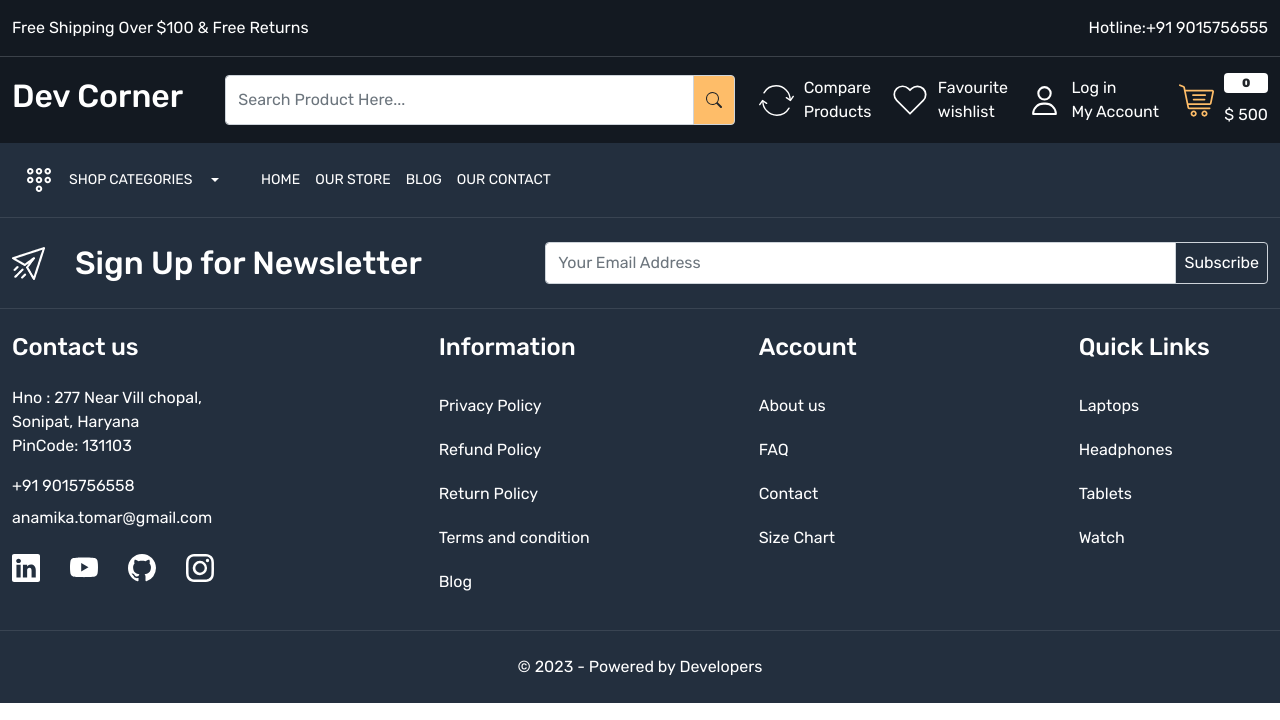
Repository: anamikatomar21/demo
Page: /about
These files come from the project's save history. The page is drawn as it stood at one moment and after the next save; the edit follows.
The browser window is 1280 px wide. The pictures show the whole page.
The project was rebuilt for these pictures with package versions that can differ from the ones it lists, and the page was loaded fresh each time. Also part of the build but not shown: src/components/BlogCard.js, src/components/ProductCard.js, src/pages/Home.js, src/pages/Contact.js.

Above is the page before, as saved 2023-05-16 15:29:29.

### public/index.html
<!DOCTYPE html>
<html lang="en">
  <head>
    <meta charset="utf-8" />
    <link rel="icon" href="%PUBLIC_URL%/favicon.ico" />
    <meta name="viewport" content="width=device-width, initial-scale=1" />
    <meta name="theme-color" content="#000000" />
    <meta
      name="description"
      content="Web site created using create-react-app"
    />
    <link rel="apple-touch-icon" href="%PUBLIC_URL%/logo192.png" />
    <link
      href="https://cdn.jsdelivr.net/npm/bootstrap@5.0.2/dist/css/bootstrap.min.css"
      rel="stylesheet"
      integrity="sha384-EVSTQN3/azprG1Anm3QDgpJLIm9Nao0Yz1ztcQTwFspd3yD65VohhpuuCOmLASjC"
      crossorigin="anonymous"
    />
    <link rel="manifest" href="%PUBLIC_URL%/manifest.json" />
    <link rel="preconnect" href="https://fonts.googleapis.com" />
    <link rel="preconnect" href="https://fonts.gstatic.com" crossorigin />
    <link
      href="https://fonts.googleapis.com/css2?family=Rubik:ital,wght@0,300;0,400;0,500;0,800;1,600&display=swap"
      rel="stylesheet"
    />
    <title>Ecommerce App</title>
  </head>
  <body>
    <noscript>You need to enable JavaScript to run this app.</noscript>
    <div id="root"></div>
    <script
      src="https://cdn.jsdelivr.net/npm/bootstrap@5.0.2/dist/js/bootstrap.bundle.min.js"
      integrity="sha384-MrcW6ZMFYlzcLA8Nl+NtUVF0sA7MsXsP1UyJoMp4YLEuNSfAP+JcXn/tWtIaxVXM"
      crossorigin="anonymous"
    ></script>
  </body>
</html>

### src/App.js
import React from "react";
import { BrowserRouter, Routes, Route } from "react-router-dom";
import "./App.css";
import Layout from "./components/Layout";
import Home from "./pages/Home";
import About from "./pages/About";
import Contact from "./pages/Contact";

function App() {
  return (
    <>
      <BrowserRouter>
        <Routes>
          <Route path="/" element={<Layout />}>
            <Route index element={<Home />} />
            <Route path="about" element={<About />} />
            <Route path="contact" element={<Contact />} />
          </Route>
        </Routes>
      </BrowserRouter>
    </>
  );
}

export default App;

### src/App.css
* {
  margin: 0;
  padding: 0;
  box-sizing: border-box;
}
:root {
  --color-131921: #131921;
  --color-3b4149: #3b4149;
  --color-febd69: #febd69;
  --color-232f3e: #232f3e;
  --color-bf4800: #bf4800;
  --color-f5f5f7: #f5f5f7;
  --color-ededed: #ededed;
  --color-777777: #777777;
  --color-1c1c1b: #1c1c1b;
}
.section-heading {
  font-size: 26px;
  line-height: 32px;
  font-weight: 500;
  margin-bottom: 30px;
}
.card-wrapper {
  background-color: white;
  box-shadow: 0 0 10px #0000001a;
  padding: 15px;
}
body {
  font-family: "Rubik", sans-serif;
}
a {
  text-decoration: none;
  display: inline-block;
}
.form-control:focus {
  box-shadow: none;
  border-color: inherit;
}

.gap-10 {
  gap: 10px;
}
.gap-15 {
  gap: 15px;
}
.gap-30 {
  gap: 30px;
}

.button {
  background-color: var(--color-232f3e);
  color: white;
  font-size: 14px;
  padding: 13px 33px;
  border-radius: 25px;
}
.button:hover {
  background-color: var(--color-febd69);
  color: #131921;
}
/* Header Part */

.header-top-strip {
  border-bottom: 1px solid var(--color-3b4149);
  background-color: var(--color-131921);
}
.header-upper {
  background-color: var(--color-131921);
}
.header-bottom {
  background-color: var(--color-232f3e);
}
.header-upper .input-group-text {
  background-color: var(--color-febd69);
}
.header-upper.header-upper-links img {
  width: 35px;
  height: 35px;
}
.header-bottom .menu-links a,
.header-bottom .dropdown button {
  color: white;
  font-size: 14px;
  line-height: 18px;
  font-weight: 400;
  letter-spacing: 0.3;
  text-transform: uppercase;
}

.header-bottom .dropdown button:focus {
  box-shadow: none;
}
.header-bottom .dropdown-menu {
  background-color: var(--color-131921);
  width: 100%;
  transform: translate3d(0px, 57px, 0px) !important;
}
.header-bottom .dropdown-item {
  padding: 20px;
  margin-bottom: 3px;
  border-bottom: 1px solid var(--color-3b4149);
}
.header-bottom .dropdown-item:hover {
  background-color: transparent;
  color: var(--color-febd69) !important;
}
/* Header Part End Here */

/* Footer part */

footer {
  background-color: var(--color-232f3e);
}
footer:not(:first-child) {
  border-top: 1px solid rgba(255, 255, 255, 0.1);
}
footer .input-group-text {
  background-color: var(--color-232f3e);
  color: white;
  padding: 8px 17px;
}
/* Footer part ends here */

/* Home Page starts */
.main-banner-content {
  top: 15%;
  left: 5%;
}
.main-banner-content h4 {
  font-size: 16px;
  font-weight: 400;
  line-height: 24px;
  color: var(--color-bf4800);
  margin: 0 0 12px;
  letter-spacing: 0.3px;
  text-transform: uppercase;
}
.main-banner-content h5 {
  font-size: 42px;
  line-height: 54px;
  letter-spacing: -2px;
  font-weight: 500;
  text-transform: none;
}

.main-banner-content p {
  font-size: 18px;
  line-height: 28px;
  letter-spacing: 0.4;
  color: var(--color-131921);
}
.small-banner-content {
  top: 25%;
  left: 10%;
}
.small-banner-content h4 {
  font-size: 14px;
  font-weight: 400;
  line-height: 24px;
  color: var(--color-bf4800);
  margin: 0 0 12px;
  letter-spacing: 0.3px;
  text-transform: uppercase;
}
.small-banner-content h5 {
  font-size: 22px;
  line-height: 34px;
  letter-spacing: -2px;
  font-weight: 500;
  text-transform: none;
}

.small-banner-content p {
  font-size: 14px;
  line-height: 22px;
  letter-spacing: 0.4;
  color: var(--color-131921);
}
.small-banner {
  width: 49%;
}

/* home wrapper-2 */

.home-wrapper-2 {
  background-color: var(--color-f5f5f7);
}
/* home wrapper-2 ends*/

/* categories section */

.categories {
  background-color: white;
  box-shadow: 0 0 10px #0000001a;
  padding: 15px;
}
.categories > div {
  width: 25%;
  padding: 10px 10px 10px 20px;
}
.categories > div > div {
  width: 60%;
}
.categories > div:nth-child(1),
.categories > div:nth-child(2),
.categories > div:nth-child(3),
.categories > div:nth-child(4) {
  border-bottom: 1px solid var(--color-ededed);
}
.categories > div:nth-child(1),
.categories > div:nth-child(2),
.categories > div:nth-child(3) {
  border-right: 1px solid var(--color-ededed);
}
.categories > div:nth-child(5),
.categories > div:nth-child(6),
.categories > div:nth-child(7) {
  border-right: 1px solid var(--color-ededed);
}
/* categories section ends here */

/* BLog Part */

.blog-card {
  background-color: white;

  border-radius: 10px;
}
.blog-card img {
  border-top-left-radius: 10px;
  border-top-right-radius: 10px;
}
.blog-content {
  padding: 15px;
}
.blog-contentp.date {
  font-size: 13px;
  line-height: 24px;
  text-transform: uppercase;
  letter-spacing: 0;
  font-weight: 400;
  color: var(--color-777777);
  padding: 0;
}
.blog-content h5 {
  font-size: 18px;
  color: var(--color-131921);
}
.blog-content p.desc {
  font-size: 13px;
  line-height: 22px;
  color: var(--color-777777);
}
.single-blog-card a {
  font-size: 18px;
  color: var(--color-777777);
  margin-bottom: 20px;
}
.single-blog-card h3 {
  font-size: 24px;
  font-weight: 600;
  color: var(--color-1c1c1b);
}
.single-blog-card p {
  color: var(--color-777777);
  font-size: 14px;
}
/*  Blog Part ends here */
/*
Product card */
.product-card {
  padding: 15px;
  background-color: white;
  border-radius: 10px;
  overflow: hidden;
}

.product-card:hover .action-bar {
  right: 15px;
}
.product-card .product-details h6 {
  color: var(--color-bf4800);
  font-size: 13px;
}
.product-card .product-details h5 {
  font-size: 15px;
  color: var(--color-1c1c1b);
}
.product-card .product-details p.price {
  font-size: 16px;
  color: var(--color-1c1c1b);
}

.action-bar {
  top: 10%;
  right: -23px;
  transition: 0.3s;
}

.wishlist-icon {
  top: 3%;
  right: 15px;
}
/* product card ends */
/* Home Page Ends */

### src/components/Layout.js
import React from "react";
import { Outlet } from "react-router-dom";
import Footer from "./Footer";
import Header from "./Header";

const Layout = () => {
  return (
    <>
      <Header />
      <Outlet />
      <Footer />
    </>
  );
};

export default Layout;

### src/pages/About.js
import React from "react";

const About = () => {
  return(<>


  </>);
};

export default About;

### src/components/Footer.js
import React from "react";
import { BsLinkedin, BsYoutube, BsGithub, BsInstagram } from "react-icons/bs";
import { Link } from "react-router-dom";

const Footer = () => {
  return (
    <>
      <footer className="py-4">
        <div className="container-xxl">
          <div className="row  align-items-center">
            <div className="col-5">
              <div className="footer-top-data d-flex gap-30 align-items-center">
                <img src="/images/images/newsletter.png" alt="newsletter" />
                <h2 className="mb-0 text-white">Sign Up for Newsletter</h2>
              </div>
            </div>
            <div className="col-7">
              <div className="input-group">
                <input
                  type="text"
                  className="form-control py-1"
                  placeholder="Your Email Address"
                  aria-label="Your Email Address"
                  aria-describedby="basic-addon2"
                />
                <span className="input-group-text p-2" id="basic-addon2">
                  Subscribe
                </span>
              </div>
            </div>
          </div>
        </div>
      </footer>
      <footer className="py-4">
        <div className="container-xxl">
          <div className="row">
            <div className="col-4">
              <h4 className="text-white mb-4">Contact us </h4>
              <div>
                <address className="text-white fs-6">
                  Hno : 277 Near Vill chopal, <br /> Sonipat, Haryana <br />
                  PinCode: 131103
                </address>

                <a
                  href="tel: +91 9015756558"
                  className="text-white d-block mb-1 mt-3"
                >
                  +91 9015756558
                </a>
                <a
                  href="mailto:anamika.tomar@gmail.com"
                  className="text-white d-block mb-0 mt-2"
                >
                  anamika.tomar@gmail.com
                </a>

                <div className="socialicons d-flex align-item-center gap-30 mt-4">
                  <a href="" className="text-white">
                    <BsLinkedin className=" fs-3" />
                  </a>
                  <a href="" className="text-white">
                    <BsYoutube className=" fs-3" />
                  </a>
                  <a href="" className="text-white">
                    <BsGithub className=" fs-3" />
                  </a>
                  <a href="" className="text-white">
                    <BsInstagram className=" fs-3" />
                  </a>
                </div>
              </div>
            </div>
            <div className="col-3">
              <h4 className="text-white mb-4">Information</h4>
              <div className="footer-link d-flex flex-column">
                <Link className="text-white py-2 mb-1">Privacy Policy</Link>
                <Link className="text-white py-2 mb-1">Refund Policy</Link>
                <Link className="text-white py-2 mb-1">Return Policy</Link>
                <Link className="text-white py-2 mb-1">
                  Terms and condition
                </Link>
                <Link className="text-white py-2 mb-1">Blog</Link>
              </div>
            </div>
            <div className="col-3">
              <h4 className="text-white mb-4">Account</h4>
              <div className="footer-link d-flex flex-column">
                <Link className="text-white py-2 mb-1">About us </Link>
                <Link className="text-white py-2 mb-1">FAQ</Link>
                <Link className="text-white py-2 mb-1">Contact</Link>
                <Link className="text-white py-2 mb-1">Size Chart</Link>
              </div>
            </div>

            <div className="col-2">
              <h4 className="text-white mb-4">Quick Links</h4>
              <div className="footer-link d-flex flex-column">
                <Link className="text-white py-2 mb-1">Laptops</Link>
                <Link className="text-white py-2 mb-1">Headphones</Link>
                <Link className="text-white py-2 mb-1">Tablets</Link>
                <Link className="text-white py-2 mb-1">Watch</Link>
              </div>
            </div>
          </div>
        </div>
      </footer>
      <footer className="py-4">
        <div className="container-xxl">
          <div className="row">
            <div className="col-12">
              <p className="text-center mb-0 text-white">
                &copy; {new Date().getFullYear()} - Powered by Developers
              </p>
            </div>
          </div>
        </div>
      </footer>
    </>
  );
};

export default Footer;

### src/components/Header.js
import React from "react";
import { NavLink, Link } from "react-router-dom";
import { BsSearch } from "react-icons/bs";

const Header = () => {
  return (
    <>
      <header className="header-top-strip py-3">
        <div className="container-xxl">
          <div className="row">
            <div className="col-6">
              <p className="text-white mb-0">
                Free Shipping Over $100 & Free Returns
              </p>
            </div>
            <div className="col-6">
              <p className="text-end text-white mb-0">
                Hotline:
                <a href="tel:+91 9015756555" className="text-white">
                  +91 9015756555
                </a>
              </p>
            </div>
          </div>
        </div>
      </header>

      <header className="header-upper py-3">
        <div className="container-xxl">
          <div className="row align-items-center">
            <div className="col-2">
              <h2>
                <Link className="text-white">Dev Corner</Link>
              </h2>
            </div>
            <div className="col-5 ">
              <div className="input-group ">
                <input
                  type="text"
                  className="form-control py-2"
                  placeholder="Search Product Here..."
                  aria-label="Search Product Here..."
                  aria-describedby="basic-addon2"
                />
                <span className="input-group-text py-3" id="basic-addon2">
                  <BsSearch className="fs-6" />
                </span>
              </div>
            </div>
            <div className="col-5">
              <div className="headear-upper-links d-flex align-items-center justify-content-between">
                <div>
                  <Link
                    to="/compare-product"
                    className="d-flex align-items-center gap-10 text-white"
                  >
                    <img src="/images/images/compare.svg" alt="compare" />
                    <p className="mb-0">
                      Compare <br /> Products
                    </p>
                  </Link>
                </div>
                <div>
                  <Link
                    to="/compare-product"
                    className="d-flex align-items-center gap-10 text-white"
                  >
                    <img src="/images/images/wishlist.svg" alt="compare" />
                    <p className="mb-0">
                      Favourite <br /> wishlist
                    </p>
                  </Link>
                </div>
                <div>
                  <Link
                    to="/compare-product"
                    className="d-flex align-items-center gap-10 text-white"
                  >
                    <img src="/images/images/user.svg" alt="compare" />
                    <p className="mb-0">
                      Log in <br /> My Account
                    </p>
                  </Link>
                </div>
                <div>
                  <Link
                    to="/cart"
                    className="d-flex align-items-center gap-10 text-white"
                  >
                    <img src="/images/images/cart.svg" alt="cart" />
                    <div className="d-flex flex-column gap-10">
                      <span className="badge bg-white text-dark">0</span>
                      <p className="mb-0">$ 500</p>
                    </div>
                  </Link>
                </div>
              </div>
            </div>
          </div>
        </div>
      </header>

      <header className="header-bottom py-3">
        <div className="container-xxl">
          <div className="row">
            <div className="col-12">
              <div className="menu-bottom d-flex align-items-center gap-30">
                <div>
                  <div className="dropdown">
                    <button
                      className="btn btn-secondary dropdown-toggle bg-transparent border-0 gap-15 d-flex align-items-center"
                      type="button"
                      id="dropdownMenuButton1"
                      data-bs-toggle="dropdown"
                      aria-expanded="false"
                    >
                      <img src="/images/images/menu.svg" alt="" />
                      <span> Shop Categories</span>
                    </button>
                    <ul
                      className="dropdown-menu"
                      aria-labelledby="dropdownMenuButton1"
                    >
                      <li>
                        <Link className="dropdown-item text-white" to="">
                          Action
                        </Link>
                      </li>
                      <li>
                        <Link className="dropdown-item text-white" to="">
                          Another action
                        </Link>
                      </li>
                      <li>
                        <Link className="dropdown-item text-white" to="">
                          Something else here
                        </Link>
                      </li>
                    </ul>
                  </div>
                </div>
                <div className="menu-links">
                  <div className="d-flex align-items-center gap-15">
                    <NavLink to="/">Home</NavLink>
                    <NavLink to="/">Our Store</NavLink>
                    <NavLink to="/">Blog</NavLink>
                    <NavLink to="/">Our Contact</NavLink>
                  </div>
                </div>
              </div>
            </div>
          </div>
        </div>
      </header>
    </>
  );
};

export default Header;

Loaded but not shown: src/index.js (common file)

After the next save:
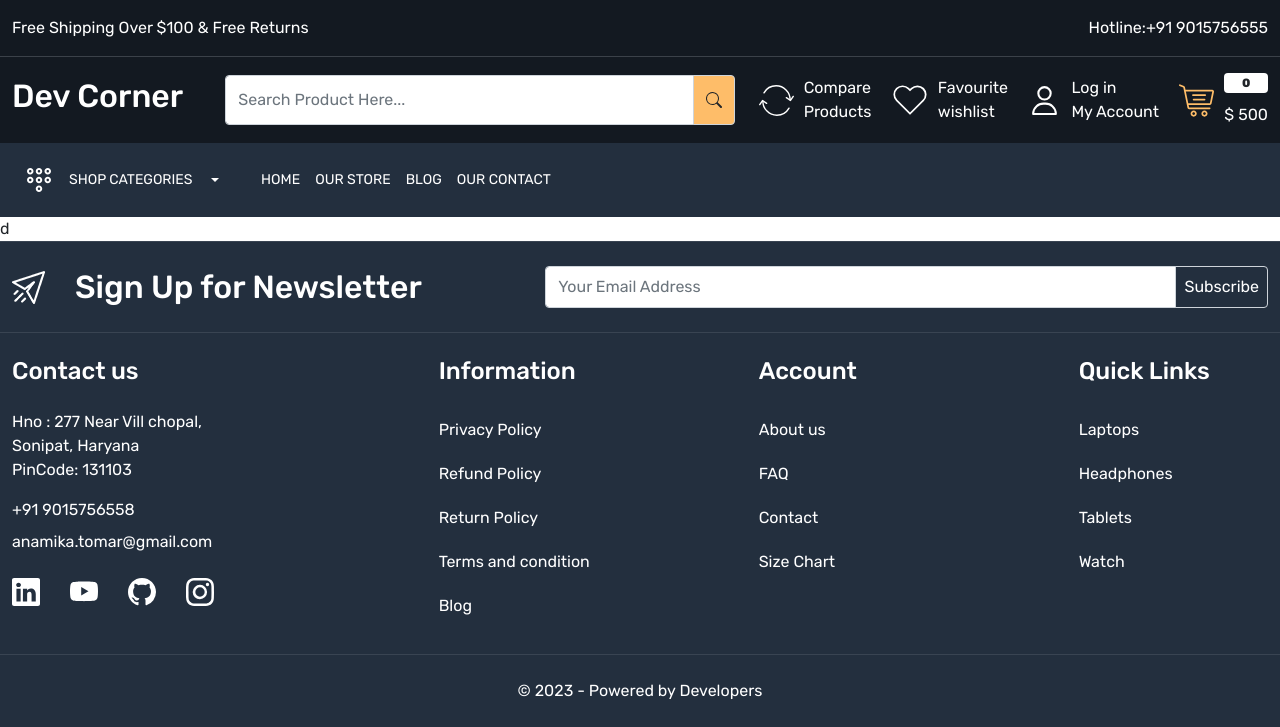
Saved 4 s later.
--- a/src/pages/About.js
+++ b/src/pages/About.js
@@ -3,7 +3,7 @@
 const About = () => {
   return(<>
 
-
+  d
   </>);
 };
 

After the save that followed:
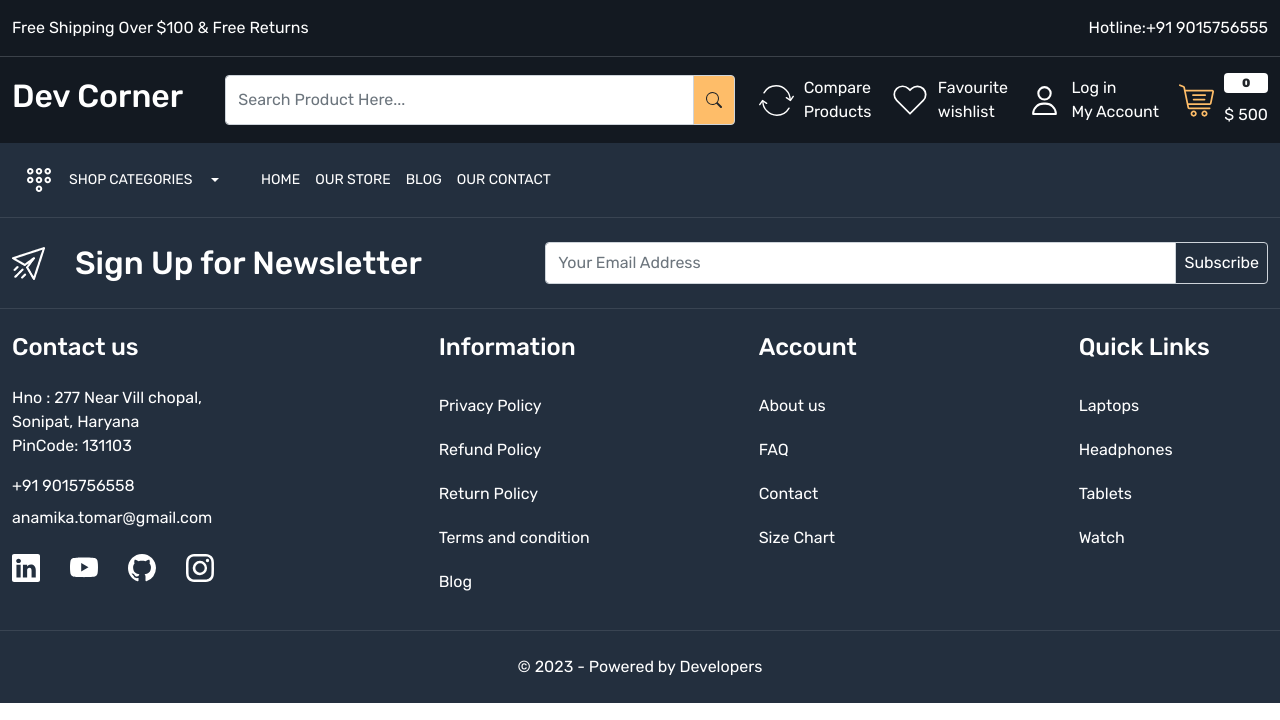
Saved 4 s later.
--- a/src/pages/About.js
+++ b/src/pages/About.js
@@ -3,7 +3,7 @@
 const About = () => {
   return(<>
 
-  d
+  <div></div>
   </>);
 };
 
